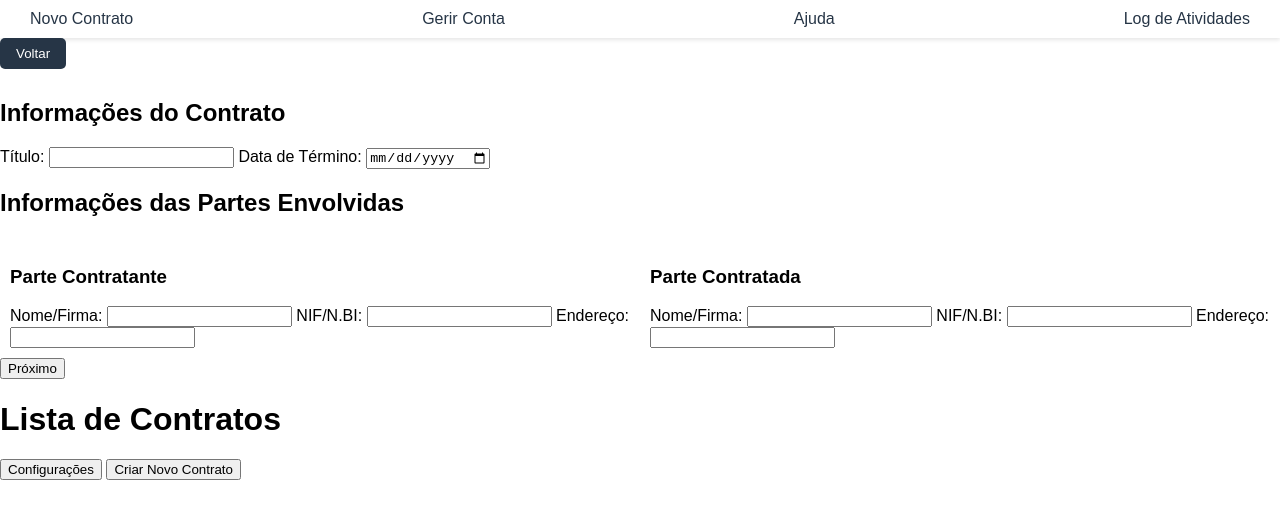
Repository: YuaneCastro/Sistema-de-Gest-o-de-Usu-rios-e-Contratos
Page: tela-principal/tela-principal.html
The author's editor kept a copy of each file at every save. The page is drawn from the files as they stood at one save, then again after the next save.
The browser window is 1280 px wide. The pictures show the whole page.
The page's requests for data from a server got no answer.

Above is the page before, as saved 2024-06-23 10:14:53.

### tela-principal/tela-principal.html
<!DOCTYPE html>
<html lang="en">
<head>
    <meta charset="UTF-8">
    <meta name="viewport" content="width=device-width, initial-scale=1.0">
    <title>Tela Principal</title>
    <link rel="stylesheet" href="/tela-principal/styles-principal.css">
</head>
<body>
    <div class="top-bar">
        <p id="criar-contrato-link" class="clickable">Novo Contrato</p>
        <p id="manage-account-link" class="clickable">Gerir Conta</p>
        <p id="ajuda-link" class="clickable">Ajuda</p>
        <p id="log-atividades-link" class="clickable">Log de Atividades</p>
    </div>

    <div id="criar-contrato-screen" class="screen">
        <button id="criar-contrato-back-button" class="round-button">Voltar</button>
        <h2>Informações do Contrato</h2>
        <form id="criar-contrato-form">
            <label for="titulo">Título:</label>
            <input type="text" id="titulo" name="titulo" required>
            <label for="data-termino">Data de Término:</label>
            <input type="date" id="data-termino" name="data-termino" required>

            <h2>Informações das Partes Envolvidas</h2>
            <div class="flex-container">
                <div class="flex-item">
                    <h3>Parte Contratante</h3>
                    <label for="contratante-nome">Nome/Firma:</label>
                    <input type="text" id="contratante-nome" name="contratante-nome" required>
                    <label for="contratante-nif">NIF/N.BI:</label>
                    <input type="text" id="contratante-nif" name="contratante-nif" required>
                    <label for="contratante-endereco">Endereço:</label>
                    <input type="text" id="contratante-endereco" name="contratante-endereco" required>
                </div>
                <div class="flex-item">
                    <h3>Parte Contratada</h3>
                    <label for="contratado-nome">Nome/Firma:</label>
                    <input type="text" id="contratado-nome" name="contratado-nome" required>
                    <label for="contratado-nif">NIF/N.BI:</label>
                    <input type="text" id="contratado-nif" name="contratado-nif" required>
                    <label for="contratado-endereco">Endereço:</label>
                    <input type="text" id="contratado-endereco" name="contratado-endereco" required>
                </div>
            </div>
            <button type="submit">Próximo</button>
        </form>
    </div>
    <h1>Lista de Contratos</h1>
    <ul class="contratos-list" id="contratos-list">
        <!-- Aqui serão inseridos os contratos dinamicamente -->
    </ul>
    <button class="btn" id="configuracoes-btn">Configurações</button>
    <button class="btn" id="criar-contrato-btn">Criar Novo Contrato</button>

    <script src="script-principal.js"></script>
</body>
</html>

### tela-principal/styles-principal.css
body {
    font-family: Arial, sans-serif;
    padding: 0;
    margin: 0;
}

.top-bar {
    background-color: white;
    color: #263546;
    padding: 10px 20px;
    display: flex;
    justify-content: space-between;
    align-items: center;
    box-shadow: 0 2px 4px rgba(0, 0, 0, 0.1);
}

.top-bar p {
    margin: 0 10px;
    cursor: pointer;
    transition: opacity 0.3s ease;
    color: #263546;
}

.top-bar p:hover {
    opacity: 0.8;
}

.flex-container {
    display: flex;
    justify-content: space-between;
}

.flex-item {
    flex: 1;
    padding: 10px;
}

.round-button {
    margin-bottom: 10px;
    padding: 8px 16px;
    background-color: #263546;
    color: white;
    border: none;
    border-radius: 5px;
    cursor: pointer;
}

### tela-principal/script-principal.js
// scripts.js

document.addEventListener('DOMContentLoaded', () => {
  loadContratos();

  // Botão de Configurações
  const configuracoesBtn = document.getElementById('configuracoes-btn');
  configuracoesBtn.addEventListener('click', () => {
      window.location.href = '/configuracoes';
  });

  // Botão de Criar Novo Contrato
const criarContratoBtn = document.getElementById('criar-contrato-btn');
  criarContratoBtn.addEventListener('click', () => {
      window.location.href = '/criar-contrato';
  });
});


    document.getElementById('criar-contrato-link').addEventListener('click', function() {
        document.getElementById('criar-contrato-screen').style.display = 'block';
    });

    document.getElementById('criar-contrato-back-button').addEventListener('click', function() {
        document.getElementById('criar-contrato-screen').style.display = 'none';
    });

    document.getElementById('criar-contrato-form').addEventListener('submit', async function(event) {
        event.preventDefault();

        const form = event.target;
        const data = {
            titulo: form.titulo.value,
            dataTermino: form['data-termino'].value,
            contratanteNome: form['contratante-nome'].value,
            contratanteNif: form['contratante-nif'].value,
            contratanteEndereco: form['contratante-endereco'].value,
            contratadoNome: form['contratado-nome'].value,
            contratadoNif: form['contratado-nif'].value,
            contratadoEndereco: form['contratado-endereco'].value
        };

        try {
            const response = await fetch('/api/contratos', {
                method: 'POST',
                headers: {
                    'Content-Type': 'application/json'
                },
                body: JSON.stringify(data)
            });

            if (response.ok) {
                alert('Contrato criado com sucesso!');
                form.reset();
                document.getElementById('criar-contrato-screen').style.display = 'none';
            } else {
                throw new Error('Erro ao criar contrato');
            }
        } catch (error) {
            console.error('Erro:', error);
            alert('Erro ao criar contrato');
        }
    });

async function loadContratos() {
  try {
      const response = await fetch('/contratos', {
          method: 'GET',
          headers: {
              'Content-Type': 'application/json'
          },
          credentials: 'same-origin'
      });

      if (!response.ok) {
          throw new Error('Erro ao carregar contratos');
      }

      const contratos = await response.json();
      const contratosList = document.getElementById('contratos-list');

      // Limpa a lista atual
      contratosList.innerHTML = '';

      // Adiciona cada contrato como um item de lista
      contratos.forEach((contrato) => {
          const contratoItem = document.createElement('li');
          contratoItem.classList.add('contrato-item');
          contratoItem.innerHTML = `<strong>${contrato.titulo}</strong> - Criado em ${new Date(contrato.data_criacao).toLocaleDateString()}`;
          contratosList.appendChild(contratoItem);
      });
  } catch (error) {
      console.error('Erro ao carregar contratos:', error.message);
  }
}

After the next save:
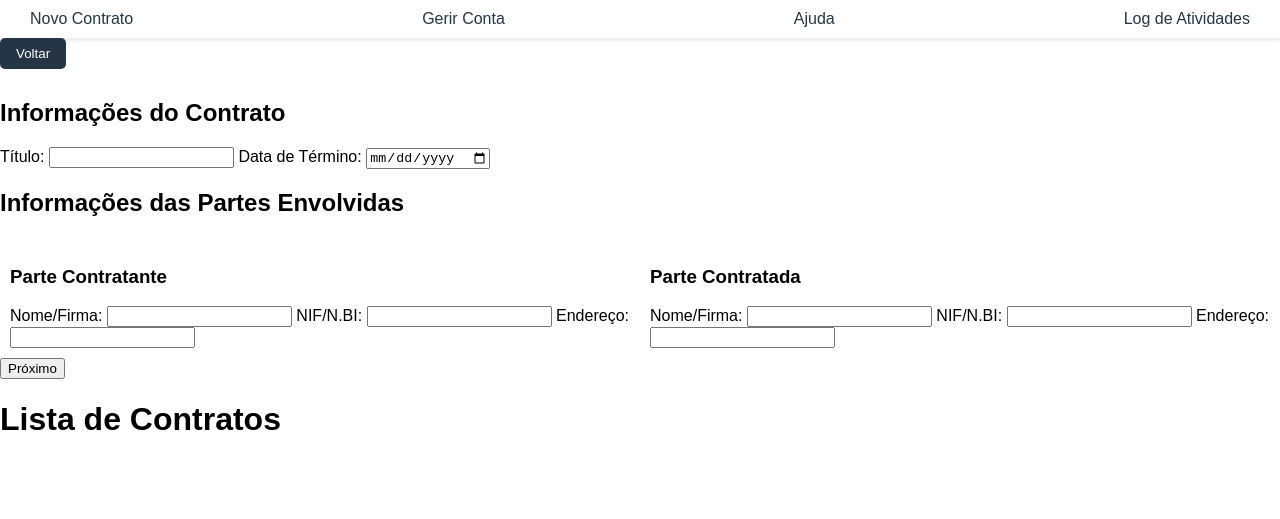
Console error: TypeError: Cannot read properties of null (reading 'addEventListener')
Saved 92 s later.
--- a/tela-principal/tela-principal.html
+++ b/tela-principal/tela-principal.html
@@ -51,9 +51,6 @@
     <ul class="contratos-list" id="contratos-list">
         <!-- Aqui serão inseridos os contratos dinamicamente -->
     </ul>
-    <button class="btn" id="configuracoes-btn">Configurações</button>
-    <button class="btn" id="criar-contrato-btn">Criar Novo Contrato</button>
-
     <script src="script-principal.js"></script>
 </body>
 </html>
